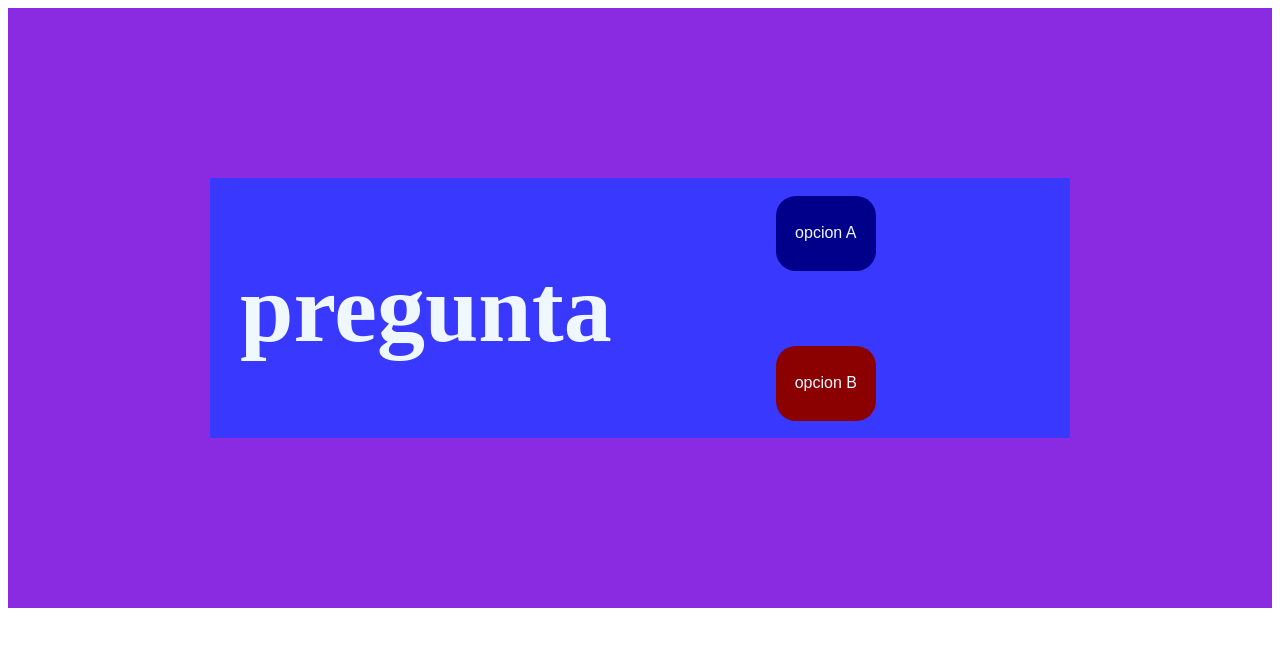
Repository: eschala/Proyecto_Clonaci-n_Kahoot_2023-2
Page: Borrador_Samir_Kahoot_NEW/Prueaba_Validar.html
An editor plug-in stored every save of this project. The page is shown before and after the next save, followed by the edit.
The browser window is 1280 px wide. The pictures show the whole page.

Above is the page before, as saved 2023-11-29 13:11:40.

After the next save:
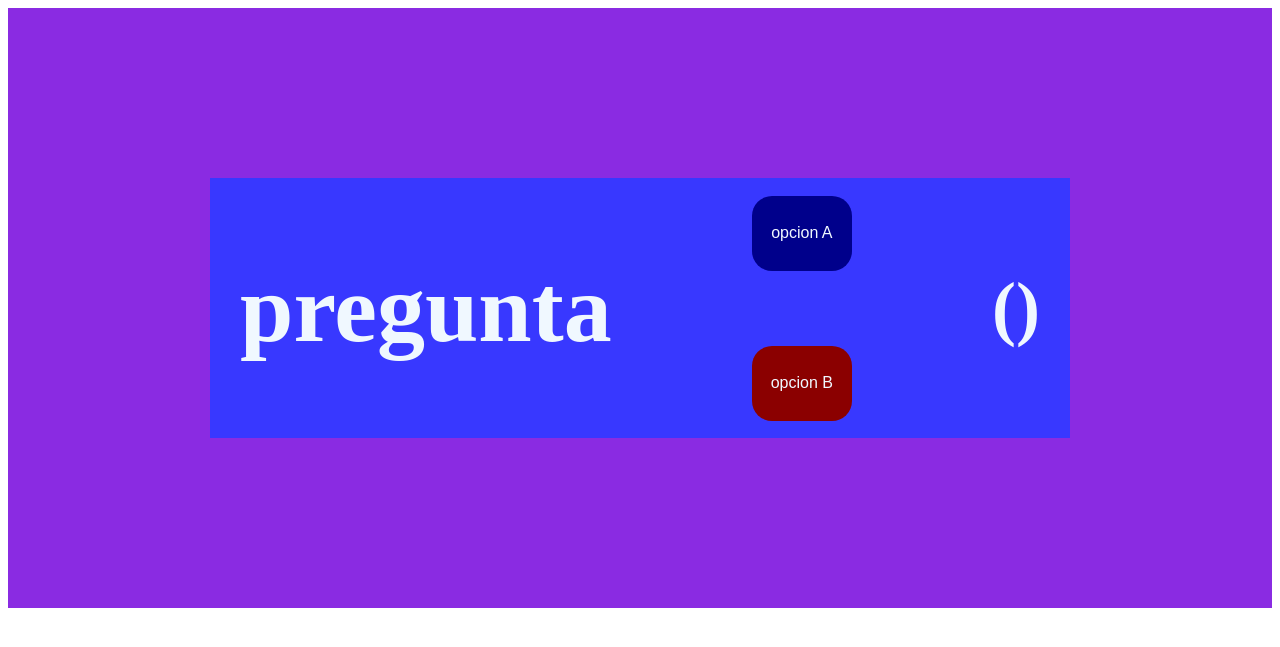
Saved 16 s later.
--- a/Borrador_Samir_Kahoot_NEW/Prueaba_Validar.html
+++ b/Borrador_Samir_Kahoot_NEW/Prueaba_Validar.html
@@ -27,7 +27,7 @@
 
             </div>
             <h2 class="aviso">
-
+                ()
             </h2>
 
         </div>
